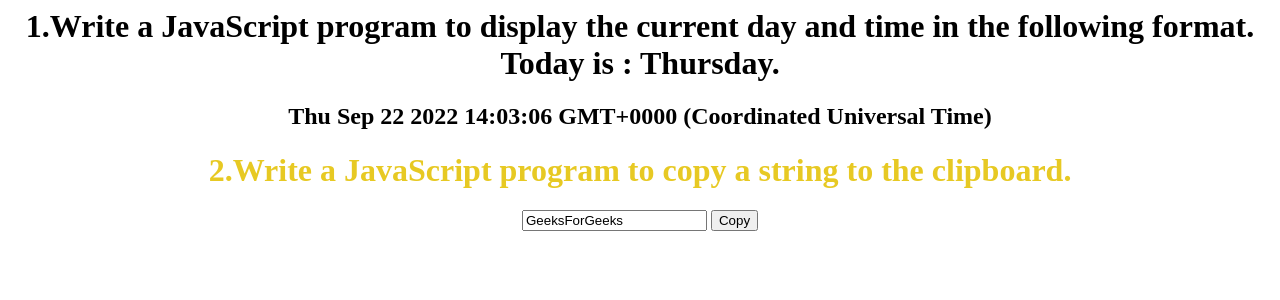
Repository: HoangDuy315/web-dev2022
Page: hw151022/ex1/ex1.html
The author's editor kept a copy of each file at every save. The page is drawn from the files as they stood at one save, then again after the next save.
The browser window is 1280 px wide. The pictures show the whole page.

Above is the page before, as saved 2022-10-15 12:18:12.

### hw151022/ex1/ex1.html
<!--JavaScript to display current Date and Time.-->

<html>
  <head>
    <title>JavaScript to display current Date and Time.</title>
  </head>

  <script type="text/javascript">
    function getCurrentDate() {
      var curDate = new Date();

      document.getElementById("showDate").innerHTML = curDate.toString();
    }
  </script>

  <body onLoad="getCurrentDate()" style="text-align: center">
    <h1>
      1.Write a JavaScript program to display the current day and time in the
      following format. Today is : Thursday.
    </h1>

    <!--Here date and time will display-->

    <h2 id="showDate"></h2>
    <script src="./ex1.js"></script>
  </body>

  <!-- 2 -->
  <body style="text-align: center">
    <h1 style="color: rgb(231, 201, 35)">
      2.Write a JavaScript program to copy a string to the clipboard.
    </h1>
    <input type="text" value="GeeksForGeeks" id="GfGInput" />
    <button onclick="GeeksForGeeks()">Copy</button>
    <script src="./ex1.js"></script>
  </body>
</html>

### hw151022/ex1/ex1.js
// 2

function cau2() {
  var cp2 = document.getElementById("GfGInput");
  cp2.select();
  document.execCommand("copy");
  alert("Copied the text: " + cp2.value);
}

After the next save:
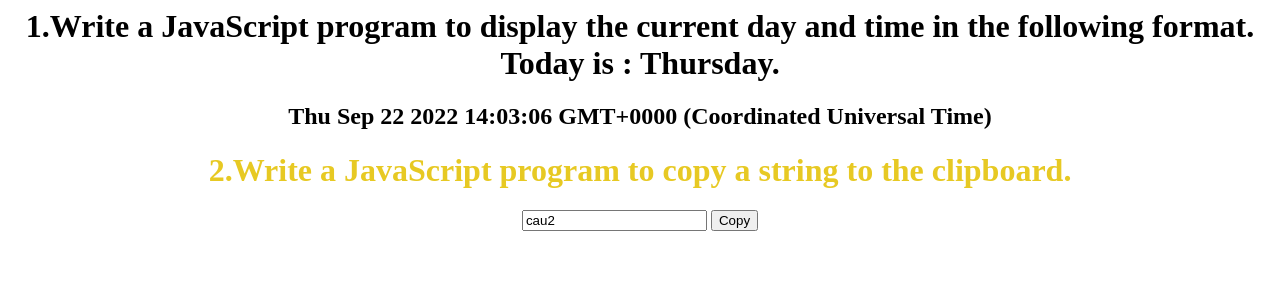
Saved 1 s later.
--- a/hw151022/ex1/ex1.html
+++ b/hw151022/ex1/ex1.html
@@ -30,8 +30,8 @@
     <h1 style="color: rgb(231, 201, 35)">
       2.Write a JavaScript program to copy a string to the clipboard.
     </h1>
-    <input type="text" value="GeeksForGeeks" id="GfGInput" />
-    <button onclick="GeeksForGeeks()">Copy</button>
+    <input type="text" value="cau2" id="GfGInput" />
+    <button onclick="cau2()">Copy</button>
     <script src="./ex1.js"></script>
   </body>
 </html>
